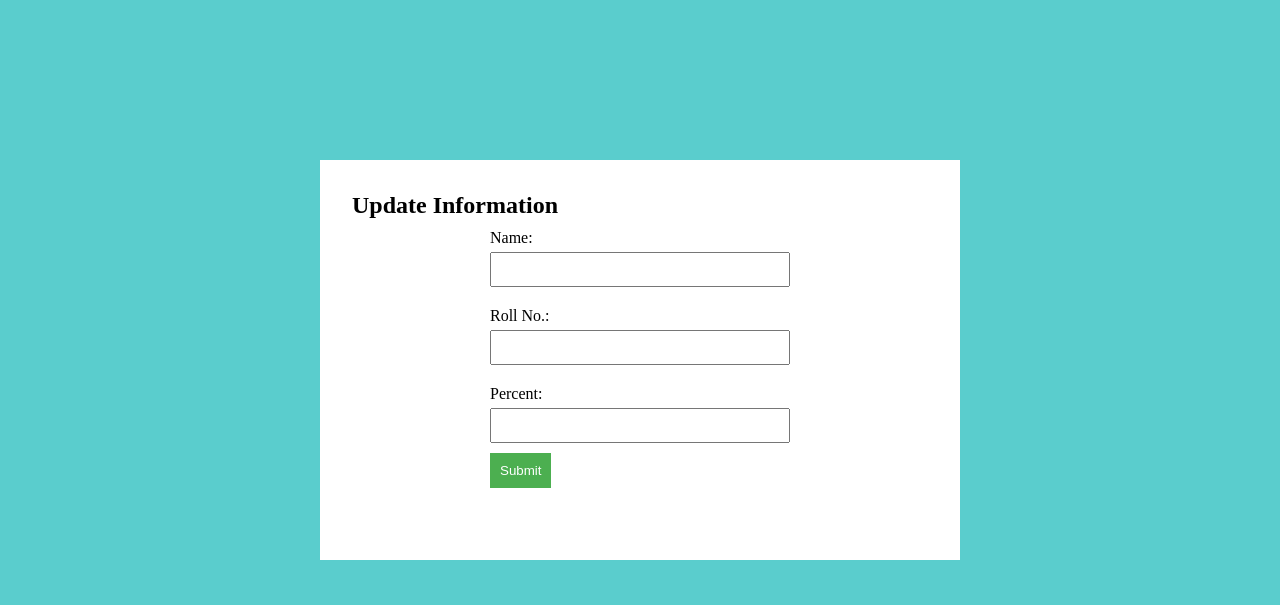
Repository: deeptimahisare1206/Todo_List
Page: http://localhost/Hib_Nest/Update.jsp
The author's editor kept a copy of each file at every save. The page is drawn from the files as they stood at one save, then again after the next save.
The browser window is 1280 px wide. The pictures show the whole page.
The page is served by Tomcat 10. Other server files are loaded and not shown.

Above is the page before, as saved 2024-11-12 06:04:03.

### Hib_Nest/src/main/webapp/Update.jsp
<%@ page language="java" contentType="text/html; charset=UTF-8"
	pageEncoding="UTF-8"%>
<html>
<head>
<style>
*{
margin:0;
padding:0;
box-sizing: border-box;

}
body {
display:grid;
place-items:center;
	background-color: #5acdcd;
	gap: 2rem;
	height: 100vh;
}

div{
padding:2rem;
	background-color: white;
	height: 25rem;
	width:50vw;
}

form {
    width: 300px;
    margin: 0 auto;
}

label {
    display: block;
    margin: 10px 0 5px;
}

input[type="text"],
input[type="number"] {
    width: 100%;
    padding: 8px;
    margin-bottom: 10px;
}

input[type="submit"] ,a{
    background-color: #4CAF50;
    color: white;
    padding: 10px;
    border: none;
    cursor: pointer;
}

input[type="submit"]:hover {
    background-color: #45a049;
}
</style>
</head>
<body>
<div>
	<h2>Update Information</h2>

	<form action="Register" method="get">
		<label>Name:</label><input type="text" name="name"><label>Roll
			No.: </label> <input type="number" name="roll"> <label>Percent:
		</label><input type="number" name="percent"> <input type="submit"
			value="Submit">
	</form>
	</div>
</body>
</html>

After the next save:
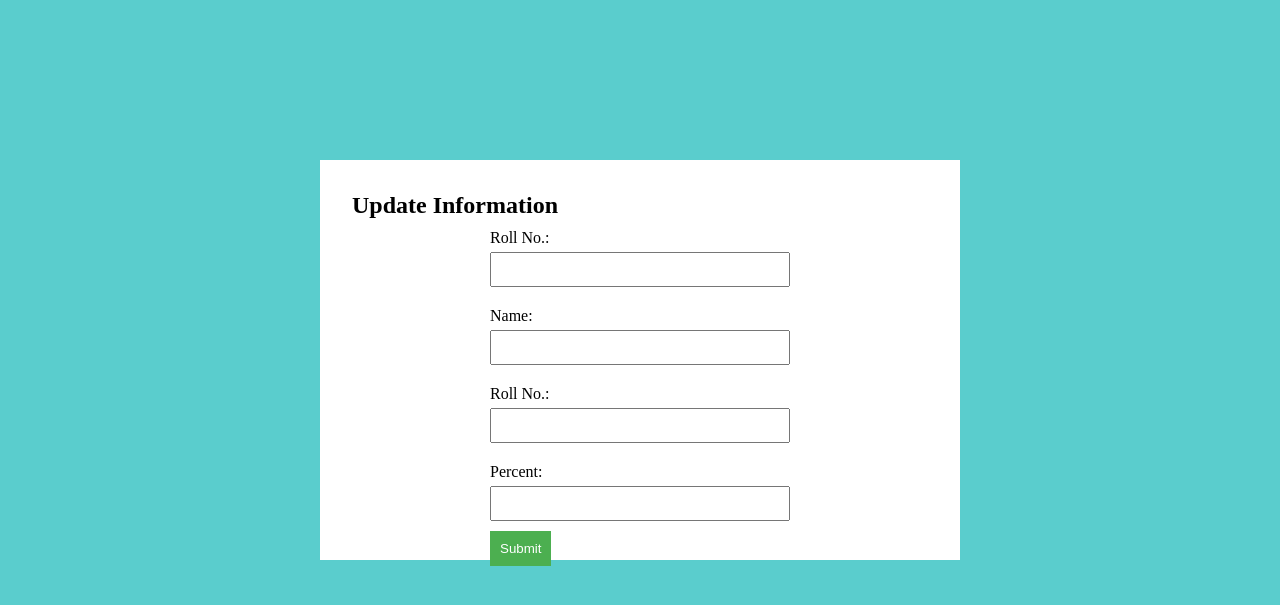
Saved 75 min 26 s later.
--- a/Hib_Nest/src/main/webapp/Update.jsp
+++ b/Hib_Nest/src/main/webapp/Update.jsp
@@ -59,6 +59,10 @@ input[type="submit"]:hover {
 	<h2>Update Information</h2>
 
 	<form action="Register" method="get">
+
+	<label>Roll
+			No.: </label> <input type="number" name="roll">
+
 		<label>Name:</label><input type="text" name="name"><label>Roll
 			No.: </label> <input type="number" name="roll"> <label>Percent:
 		</label><input type="number" name="percent"> <input type="submit"
